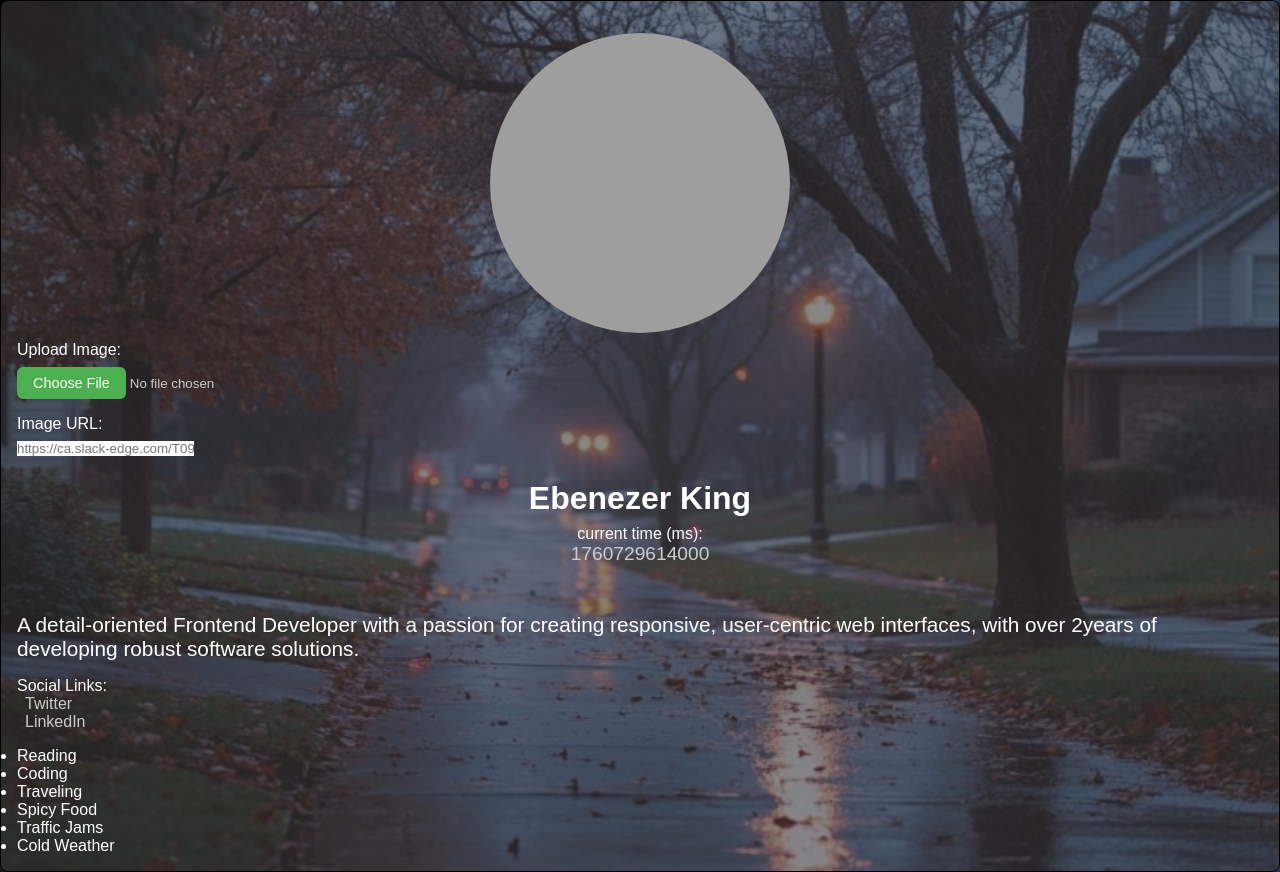
Repository: ebenezertiewei/profileCard
Page: index.html
These files come from the project's save history. The page is drawn as it stood at one moment and after a run of saves; the edit follows.
The browser window is 1280 px wide. The pictures show the whole page.
Pictures or frames that could not be fetched are drawn as grey boxes.

Above is the page before, as saved 2025-10-18 00:45:00.

After the next 2 saves:
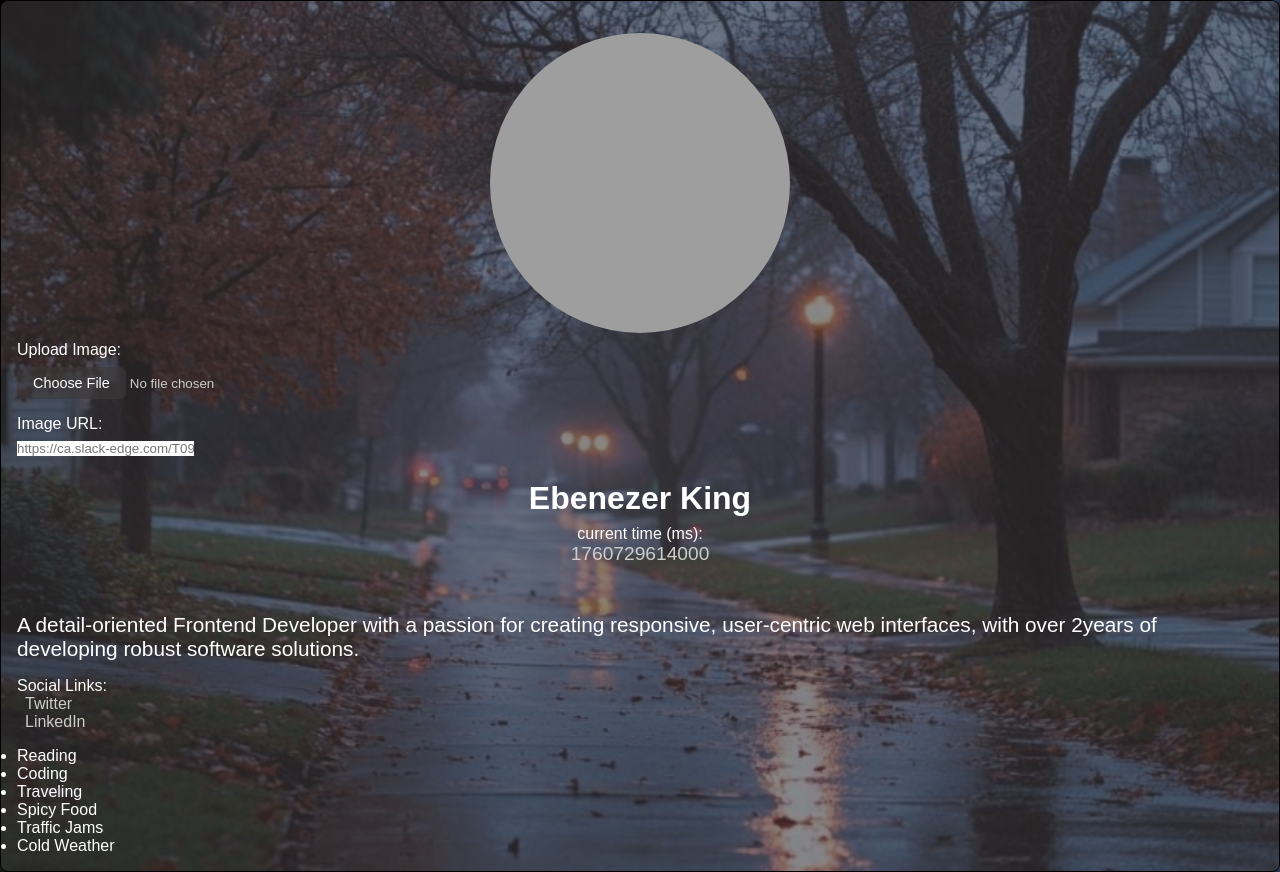
The 2 saves are shown as one change because they came seconds apart.
The last was saved 27 s later.
--- a/style.css
+++ b/style.css
@@ -73,7 +73,7 @@ article[data-testid="test-profile-card"] {
 	margin-bottom: 1rem;
 }
 #avatarUpload::file-selector-button {
-	background-color: #4caf50;
+	background-color: rgba(61, 58, 58, 0.6);
 	color: white;
 	padding: 0.5rem 1rem;
 	border: none;
